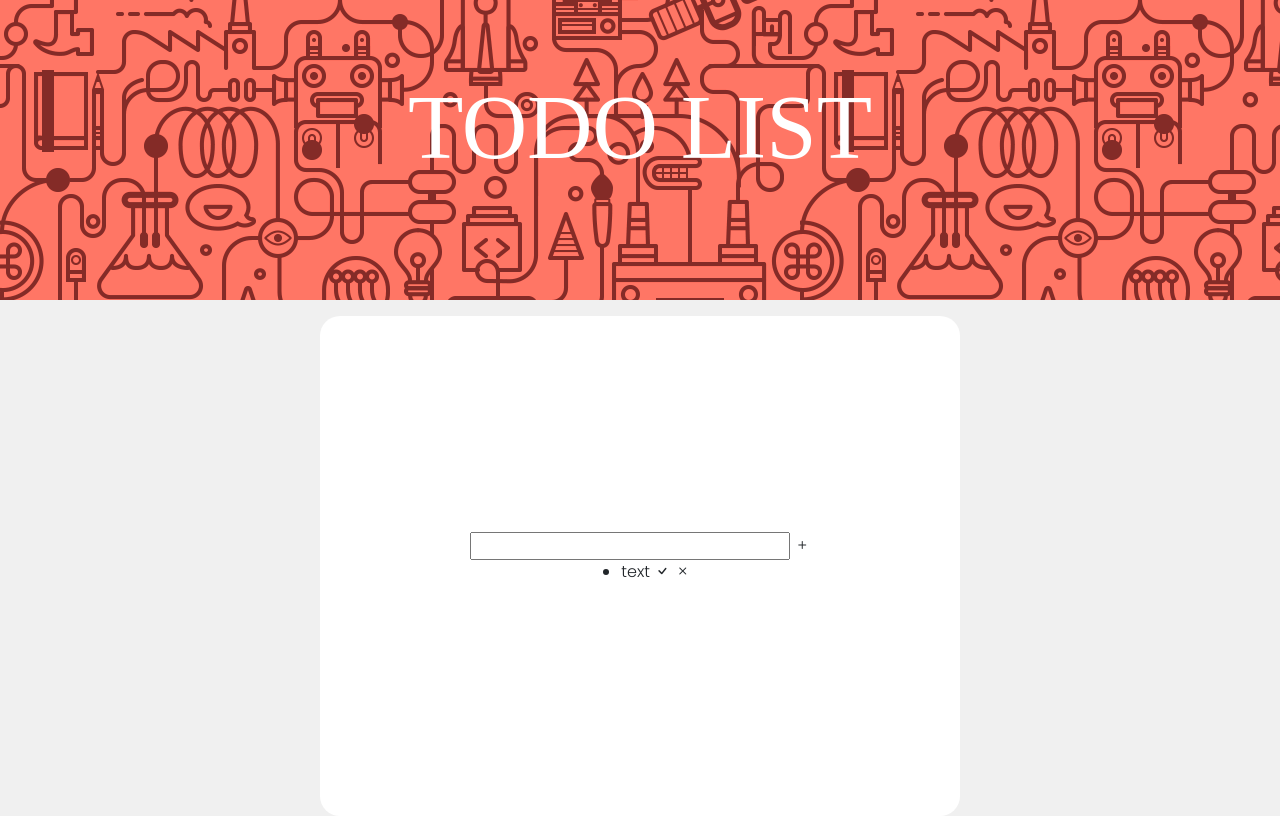
Repository: zum281/todo-list
Page: index.html
These files come from the project's save history. The page is drawn as it stood at one moment and after a run of saves; the edit follows.
The browser window is 1280 px wide. The pictures show the whole page.
Some web fonts or font styles are not loaded; a fallback is used. Some web libraries are served in a nearby version. The style sheet was rebuilt from its Sass, Less or Tailwind sources for each picture, by a compiler version that may differ from the author's.

Above is the page before, as saved 2021-03-05 16:04:36.

After the next 4 saves:
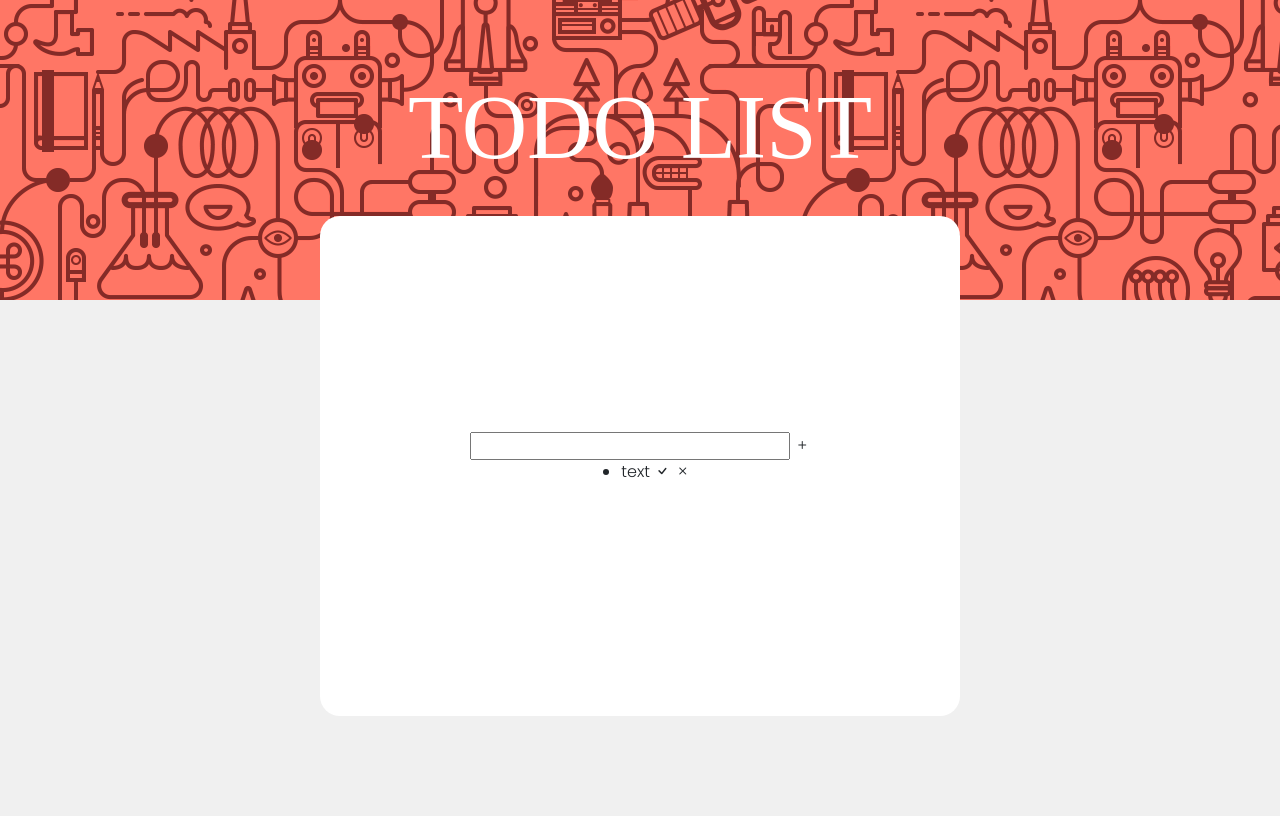
The 4 saves are shown as one change because they came seconds apart.
The last was saved 13 s later.
--- a/sass/main.scss
+++ b/sass/main.scss
@@ -40,5 +40,5 @@ body {
     min-height: 500px;
     border-radius: 20px;
     background-color: #fff;
-    transform: translateY();
+    transform: translateY(-20%);
 }
